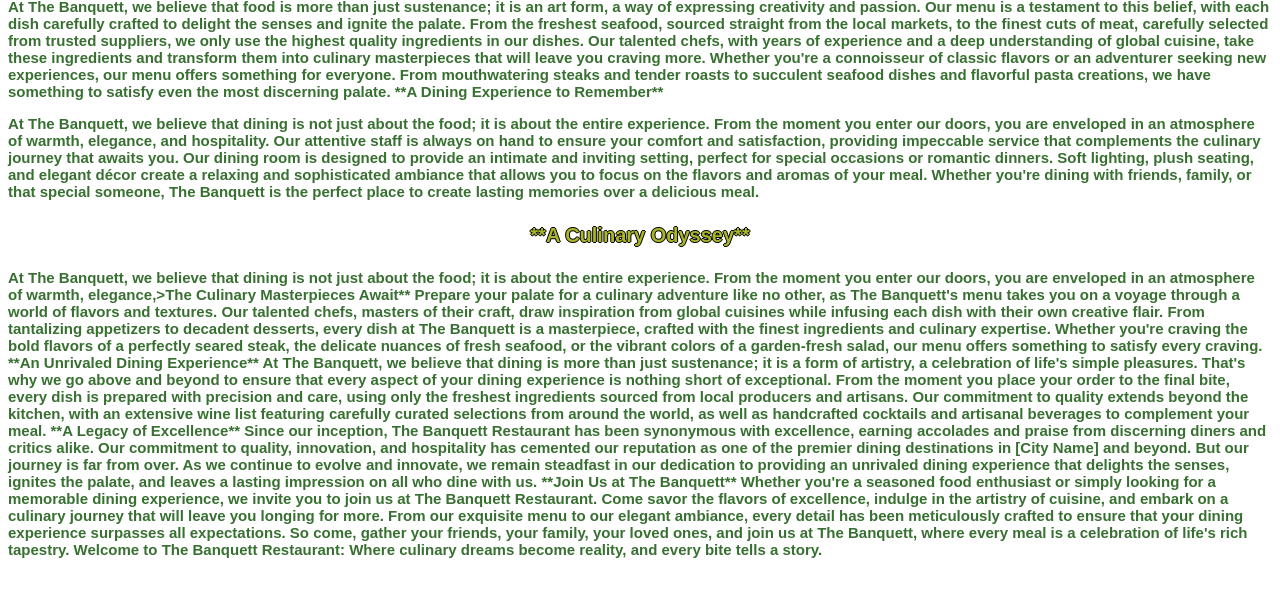
Repository: moinakhere/Restaurant
Page: Web face/home_page.html
An editor plug-in stored every save of this project. The page is shown before and after the next save, followed by the edit.
The browser window is 1280 px wide. The pictures show the part of the page from y = 1170 to 2122 px (the page is 1767 px tall before and 2122 px after).

Above is the page before, as saved 2024-04-07 21:22:32.

### Web face/home_page.html
<!DOCTYPE html>
<html/ lang="en"/>
<head/>
	<title>The Banquet Restaurant</title>
  <meta charset="utf-8">"
  <link rel="stylesheet" href="style.css">
  <meta name="viewport" content="width=device-width, initial-scale=1.0">
<body/>
  <p/><h1 class="p1"/>Welcome to The Banquet Restaurant
  <p/><h4 class="p2"/>Please select your table
  <form/>
    <input type="button" value="Table 1" onclick="window.location.href='table1.html'" target="_blank" class="button"/><br>
    <input type="button" value="Table 2" onclick="window.location.href='table2.html'" target="_blank" class="button"/><br>
    <input type="button" value="Table 3" onclick="window.location.href='table3.html'" target="_blank" class="button"/><br>
    <input type="button" value="Table 4" onclick="window.location.href='table4.html'" target="_blank" class="button"/><br>
    <input type="button" value="Table 5" onclick="window.location.href='table5.html'" target="_blank" class="button"/><br>
    <input type="button" value="Table 6" onclick="window.location.href='table6.html'" target="_blank" class="button"/><br>
  <img src="https://wallpapercave.com/wp/wp1874173.jpg" alt="The Banquet Restaurant" class="img1"/>
  <img src="https://media.timeout.com/images/105239239/image.jpg" alt="The Banquet Restaurant" class="img2"/><br>
  <strong class="head">Welcome to The Banquett Restaurant: A Culinary Odyssey<br></strong>
  <p class="body">
  Welcome, esteemed patrons, to The Banquett Restaurant, where gastronomic delights meet elegance in a symphony of flavors
  and ambiance. Nestled in the heart of Kolkata, The Banquett is more than just a restaurant; it is an experience, a
  journey through the artistry of cuisine. As you step through our doors, prepare to embark on a culinary odyssey like no other.
  The Banquett is not merely a place to dine; it is a sanctuary for food enthusiasts, a haven where passion for cooking meets dedication to service.</p>

  <strong class="head">A Fusion of Elegance and Comfort<br></strong>
  <p class="body">
  At The Banquett, we believe that dining is not just about the food; it is an experience that encompasses every sense.
  From the moment you enter, you are enveloped in an atmosphere of refined elegance and warmth. Our meticulously designed
  interior, adorned with soft lighting, plush seating, and tasteful décor, sets the stage for an unforgettable dining
  experience.
  Whether you're celebrating a special occasion, enjoying a romantic evening, or simply seeking a place to unwind after a
  long day, The Banquett offers an inviting ambiance that caters to all occasions. Our attentive staff is dedicated to
  ensuring your comfort, providing impeccable service that complements the culinary journey that awaits you.
  </p>
  <strong class="head">**A Symphony of Flavors**</p>
  <p class="body">
  At The Banquett, we believe that food is more than just sustenance; it is an art form, a way of expressing creativity
  and passion. Our menu is a testament to this belief, with each dish carefully crafted to delight the senses and ignite
  the palate.

  From the freshest seafood, sourced straight from the local markets, to the finest cuts of meat, carefully selected from
  trusted suppliers, we only use the highest quality ingredients in our dishes. Our talented chefs, with years of experience
  and a deep understanding of global cuisine, take these ingredients and transform them into culinary masterpieces that
  will leave you craving more.

  Whether you're a connoisseur of classic flavors or an adventurer seeking new experiences, our menu offers something
  for everyone. From mouthwatering steaks and tender roasts to succulent seafood dishes and flavorful pasta creations,
  we have something to satisfy even the most discerning palate.

  **A Dining Experience to Remember**</p>
  <p class="body">
  At The Banquett, we believe that dining is not just about the food; it is about the entire experience. From the moment you
  enter our doors, you are enveloped in an atmosphere of warmth, elegance, and hospitality. Our attentive staff is always
  on hand to ensure your comfort and satisfaction, providing impeccable service that complements the culinary journey that
  awaits you.

  Our dining room is designed to provide an intimate and inviting setting, perfect for special occasions or romantic dinners.
  Soft lighting, plush seating, and elegant décor create a relaxing and sophisticated ambiance that allows you to focus on
  the flavors and aromas of your meal.

  Whether you're dining with friends, family, or that special someone, The Banquett is the perfect place to create lasting
  memories over a delicious meal.
  </p>
  <strong class="head">**A Culinary Odyssey**</p>
  <p class="body">
  At The Banquett, we believe that dining is not just about the food; it is about the entire experience. From the moment you
  enter our doors, you are enveloped in an atmosphere of warmth, elegance,>The Culinary Masterpieces Await**

  Prepare your palate for a culinary adventure like no other, as The Banquett's menu takes you on a voyage through a world
  of flavors and textures. Our talented chefs, masters of their craft, draw inspiration from global cuisines while
  infusing each dish with their own creative flair.

  From tantalizing appetizers to decadent desserts, every dish at The Banquett is a masterpiece, crafted with the finest
  ingredients and culinary expertise. Whether you're craving the bold flavors of a perfectly seared steak, the delicate
  nuances of fresh seafood, or the vibrant colors of a garden-fresh salad, our menu offers something to satisfy every
  craving.
  **An Unrivaled Dining Experience**

  At The Banquett, we believe that dining is more than just sustenance; it is a form of artistry, a celebration of life's
  simple pleasures. That's why we go above and beyond to ensure that every aspect of your dining experience is nothing
  short of exceptional.

  From the moment you place your order to the final bite, every dish is prepared with precision and care, using only the
  freshest ingredients sourced from local producers and artisans. Our commitment to quality extends beyond the kitchen,
  with an extensive wine list featuring carefully curated selections from around the world, as well as handcrafted
  cocktails and artisanal beverages to complement your meal.

  **A Legacy of Excellence**

  Since our inception, The Banquett Restaurant has been synonymous with excellence, earning accolades and praise from
  discerning diners and critics alike. Our commitment to quality, innovation, and hospitality has cemented our reputation
  as one of the premier dining destinations in [City Name] and beyond.

  But our journey is far from over. As we continue to evolve and innovate, we remain steadfast in our dedication to
  providing an unrivaled dining experience that delights the senses, ignites the palate, and leaves a lasting impression
  on all who dine with us.

  **Join Us at The Banquett**

  Whether you're a seasoned food enthusiast or simply looking for a memorable dining experience, we invite you to join us
  at The Banquett Restaurant. Come savor the flavors of excellence, indulge in the artistry of cuisine, and embark on a
  culinary journey that will leave you longing for more.

  From our exquisite menu to our elegant ambiance, every detail has been meticulously crafted to ensure that your dining
  experience surpasses all expectations. So come, gather your friends, your family, your loved ones, and join us at The
  Banquett, where every meal is a celebration of life's rich tapestry.

  Welcome to The Banquett Restaurant: Where culinary dreams become reality, and every bite tells a story.</p>
  <div class="bg-img"/>

### Web face/style.css
.button {
  background-color: #ed5f0d;
  color: rgb(255, 255, 255);
  border: 1px solid rgb(21, 154, 200);
  border-radius: 20px;
  text-align: center;
  text-decoration: none;
  display: inline-block;
  font-size: 16px;
  margin: 4px 2px;
  cursor: pointer;
  padding: 15px 32px;
  width: 200px;
  height: 50px;
  font-family: Arial, Helvetica, sans-serif;
  box-shadow: 0 8px 20px 0 rgba(141, 66, 66, 0.835), 0 8px 20px 0 rgba(0,0,0,0.19);
  transition: height 0.4s, width 0.4s, font-size 0.4s, opacity 0.4s, background-color 0.4s, color 0.4s, box-shadow 0.4s;
}

.button:hover {
  background-color: #e87938;
  color: rgb(241, 225, 225);
  font-size: 20px;
  width: 210px;
  height: 52px;
  opacity: 0.8;
  box-shadow: 10px 12px 40px 2px rgba(141, 66, 66, 0.835), 0 8px 20px 0 rgba(0, 0, 0, 0.19);
  transition: height 0.4s, width 0.4s, font-size 0.4s, opacity 0.4s, background-color 0.4s, color 0.4s, box-shadow 0.4s;
}

.button:active {
  background-color: #f49a66;
  color: rgb(0, 0, 0);
  font-size: 20px;
  width: 210px;
  height: 52px;
  opacity: 0.5;
  box-shadow: 10px 12px 40px 2px rgba(141, 66, 66, 0.835), 0 8px 20px 0 rgba(0, 0, 0, 0.19);
}


.p1 {
  color: rgb(21, 154, 200);
  font-size: 50px;
  text-align: center;
  font-family: Arial, Helvetica, sans-serif;
  text-shadow: 1px 0px 0px rgb(71, 53, 100),
       -1px 0px 0px rgb(71, 53, 100),
       0px 1px 0px rgb(71, 53, 100),
       0px -1px 0px rgb(71, 53, 100);
}

.p2 {
  color: rgb(255, 0, 0);
  font-size: 30px;
  text-align: center;
  font-family: Arial, Helvetica, sans-serif;
  text-shadow: 1px 0px 0px rgb(0, 0, 0),
       -1px 0px 0px rgb(0, 0, 0),
       0px 1px 0px rgb(0, 0, 0),
       0px -1px 0px rgb(0, 0, 0);
}
form {
  text-align: center;
}
.img1{
    margin-top: 50px;
    margin-bottom: 50px;
    height: 200px;
    width: 600px;
    border-radius: 20px;
    opacity:0.7;
    float: left;
}

.img2{
    margin-top: 50px;
    margin-bottom: 50px;
    height: 200px;
    width: 600px;
    border-radius: 20px;
    opacity:0.7;
    float: right;
}

.bg-img {
  background-size: cover;
  background-repeat: no-repeat;
  background-position: center;
  position: fixed;
  top: 0;
  left: 0;
  right: 0;
  z-index: -1;
  width: 100%;
  filter: blur(8px);
  -webkit-filter: blur(8px);
  height: 100%;
  opacity: 0.65;
  background-image:url("https://th.bing.com/th/id/R.0f5e04ec66d7a6e19795b0c312ef17aa?rik=clY31xOlb2k4tw&riu=http%3a%2f%2feskipaper.com%2fimages%2ftable-flowers-background-1.jpg&ehk=s5m89hxCVKBmLwq4SgL5qT0mezcRFp9jrse8FoQV%2btg%3d&risl=&pid=ImgRaw&r=0")
}
.Menu{
  text-align: center;
  font-size:30px;
  font-family:Arial, Helvetica, sans-serif;
  text-shadow:1px 0px 0px rgb(93, 36, 36),
  -1px 0px 0px rgb(93, 36, 36),
  0px 1px 0px rgb(93, 36, 36),
  0px -1px 0px rgb(93, 36, 36);
  font-weight: 'italic';
  color: rgba(48, 166, 179, 0.817);
}
.body{
  font-size: 15px;
  font-family: Arial, Helvetica, sans-serif;
  color: rgb(56, 112, 49);
  text-shadow: none;
  text-align: left;
}
.head{
  font-size: 20px;
  font-family: Arial, Helvetica, sans-serif;
  color: rgb(171, 181, 40);
  font-weight: 'bold';
  text-align: left;
}

After the next save:
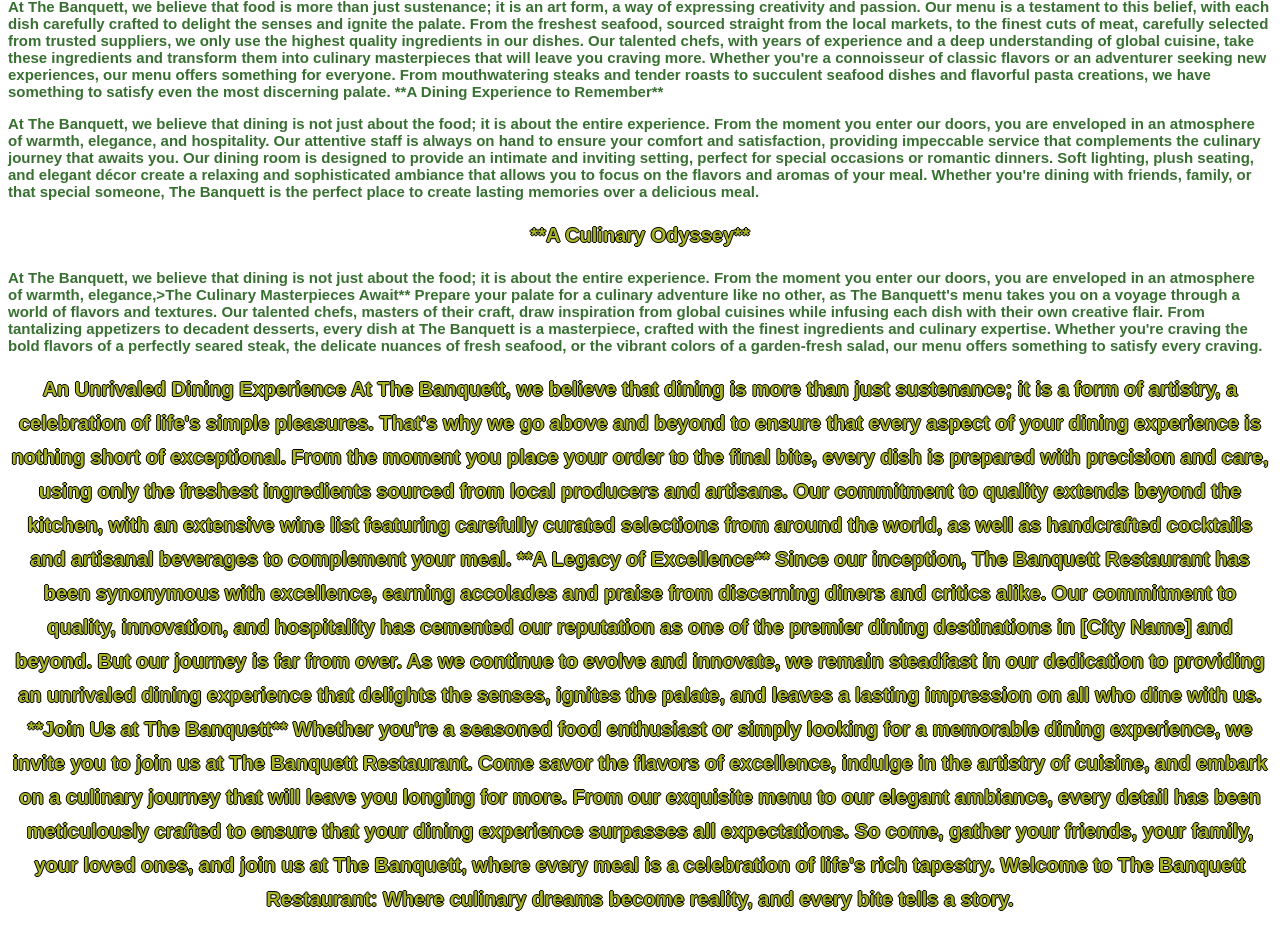
Saved 23 s later.
--- a/Web face/home_page.html
+++ b/Web face/home_page.html
@@ -75,8 +75,8 @@
   From tantalizing appetizers to decadent desserts, every dish at The Banquett is a masterpiece, crafted with the finest
   ingredients and culinary expertise. Whether you're craving the bold flavors of a perfectly seared steak, the delicate
   nuances of fresh seafood, or the vibrant colors of a garden-fresh salad, our menu offers something to satisfy every
-  craving.
-  **An Unrivaled Dining Experience**
+  craving.</p>
+  An Unrivaled Dining Experience
 
   At The Banquett, we believe that dining is more than just sustenance; it is a form of artistry, a celebration of life's
   simple pleasures. That's why we go above and beyond to ensure that every aspect of your dining experience is nothing
